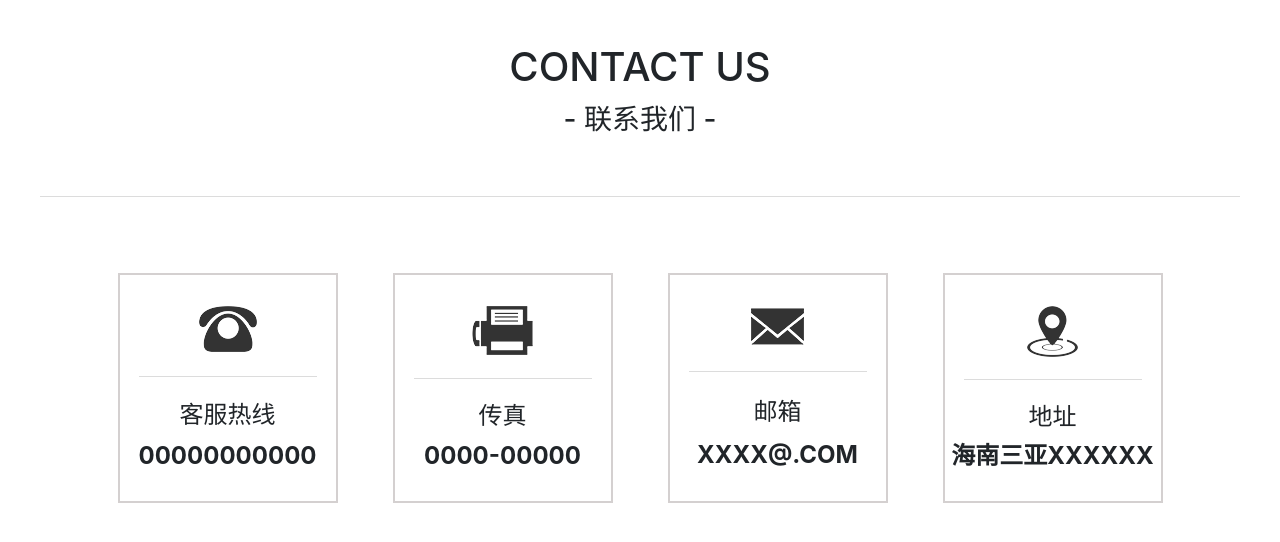
Repository: Noitom/Hadalsnailfish
Page: src/main/resources/static/html/connect.html
The author's editor kept a copy of each file at every save. The page is drawn from the files as they stood at one save, then again after the next save.
The browser window is 1280 px wide. The pictures show the whole page.

Above is the page before, as saved 2021-12-14 14:49:31.

After the next save:
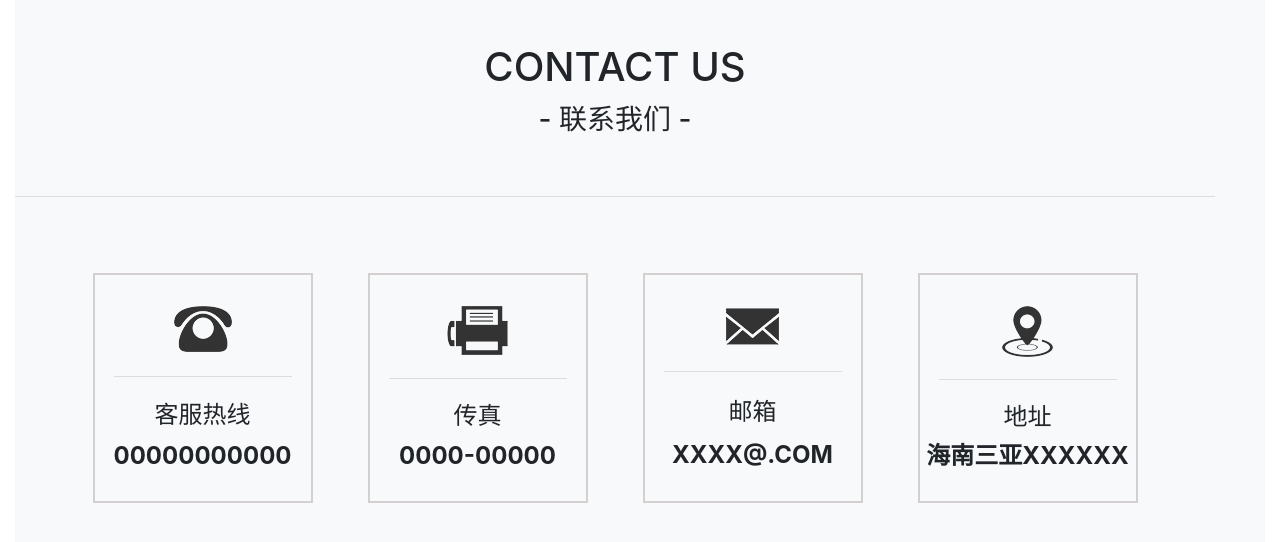
Saved 3 min 24 s later.
--- a/src/main/resources/static/html/connect.html
+++ b/src/main/resources/static/html/connect.html
@@ -129,7 +129,8 @@
     <!--首页其他内容展示-->
 
     <div class="container-fluid">
-        <div class="d-flex flex-column justify-content-around align-items-center .flex-wrap" style="height: 600px;padding-bottom: 50px">
+    <div class="d-flex flex-wrap bg-light">
+        <div class="d-flex flex-column justify-content-around align-items-center " style="height: 600px;padding-bottom: 50px">
             <div class="d-flex flex-column justify-content-around align-items-center" style="height: 200px;">
                 <div style="height: 90px; text-align: center;padding-top: 30px">
                     <h1>CONTACT US</h1>
@@ -168,6 +169,7 @@
                 </div>
             </div>
         </div>
+    </div>
     </div>
 
     <!--<div class="container-fluid cl-footer">-->
